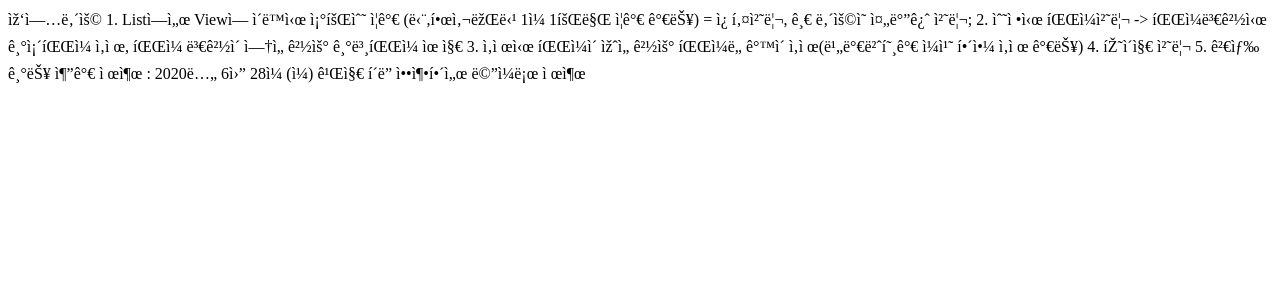
Repository: SeolhwaPark/Spring
Page: http://localhost/exPds/WEB-INF/views/Pds/Memo.jsp
These files come from the project's save history. The page is drawn as it stood at one moment and after the next save; the edit follows.
The browser window is 1280 px wide. The pictures show the whole page.
The page is served by Tomcat 9. Nobody is signed in. The template is opened directly, without the code that normally fills it, so the values that code supplies are empty.

Above is the page before, as saved 2020-06-24 12:45:16.

After the next save:
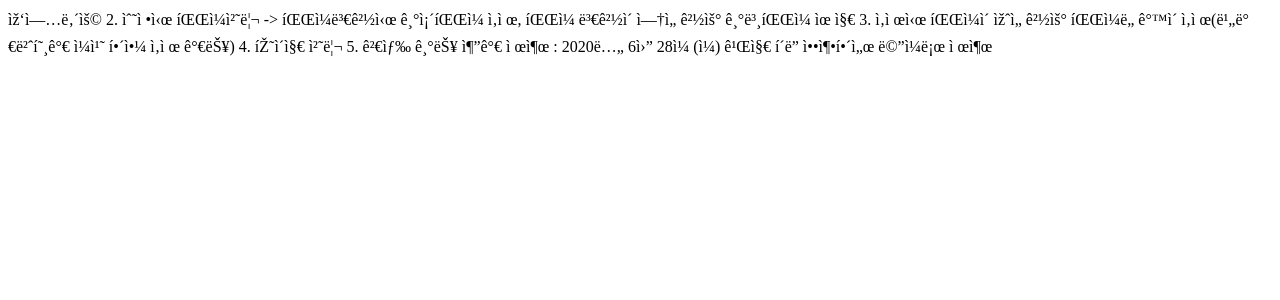
Saved 27 min 4 s later.
--- a/exSpring/exPds/src/main/webapp/WEB-INF/views/Pds/Memo.jsp
+++ b/exSpring/exPds/src/main/webapp/WEB-INF/views/Pds/Memo.jsp
@@ -1,5 +1,5 @@
 작업내용
-1. List에서 View에 이동시 조회수 증가 (단,한사람당 1일 1회만 증가 가능) = 쿠키처리, 글 내용의 줄바꿈 처리;
+
 
 2. 수정시 파일처리 -> 파일변경시 기존파일 삭제, 파일 변경이 없을 경우 기본파일 유지
 3. 삭제시 파일이 있을 경우 파일도 같이 삭제(비밀번호가 일치 해야 삭제 가능)
